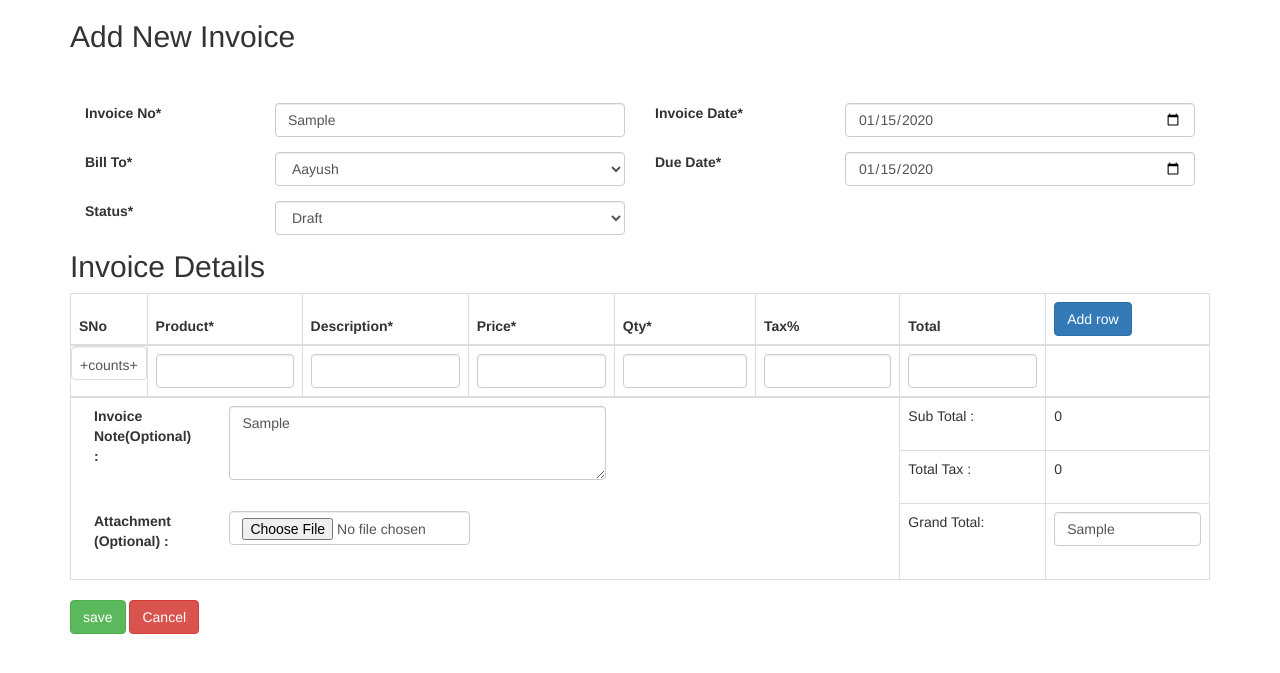
Repository: Aayush13013/Invoice_Management_app
Page: http://localhost/invoiceInfo/WEB-INF/jsp/new_invoiceInfo.jsp
These files come from the project's save history. The page is drawn as it stood at one moment and after a run of saves; the edit follows.
The browser window is 1280 px wide. The pictures show the whole page.
Empty fields were first filled with sample values (such as "Sample", 5 or name@example.com).
After loading, the first visible `input.btn` was clicked once.
The page is served by Tomcat 9. Nobody is signed in. Other server files are loaded and not shown. The template is opened directly, without the code that normally fills it, so the values that code supplies are empty.

Above is the page before, as saved 2021-12-28 06:17:02.

### invoiceInfo/invoiceInfo/src/main/webapp/WEB-INF/jsp/new_invoiceInfo.jsp
<%@ page language="java" contentType="text/html; charset=ISO-8859-1"
	pageEncoding="ISO-8859-1"%>
<%@ taglib prefix="form" uri="http://www.springframework.org/tags/form"%>
<%@ taglib prefix="c" uri="http://java.sun.com/jsp/jstl/core"%>


<!DOCTYPE html>
<html>

<head>
<meta charset="ISO-8859-1">
<title>Add New Invoice</title>

<link rel="stylesheet"
	href="https://maxcdn.bootstrapcdn.com/bootstrap/3.4.1/css/bootstrap.min.css">



</head>

<body>
	<script>
	 function addRows() {
         var table = document.getElementById("myTable");
         var counts = (table.rows.length) - 1;

         var row = table.insertRow(counts).outerHTML = "<tr id='row" + counts + "'> " +

             "<td class='form-control'>+counts+</td> " +
             "<td id='productName" + counts + "'><input type='text'   name='listOfProducts[" + counts + "].productName' class='form-control' ></td> " +
             "<td id='description" + counts + "'><input type='text'  name='listOfProducts[" + counts + "].description' class='form-control' ></td> " +
             "<td id='price" + counts + "' ><input type='text'  name='listOfProducts[" + counts + "].price' class='form-control' ></td> " +
             "<td id='qty" + counts + "' ><input type='text'  name='listOfProducts[" + counts + "].qty' class='form-control' ></td> " +
             "<td id='tax" + counts + "' ><input type='text'  name='listOfProducts[" + counts + "].taxPercent' id='taxval" + counts + "' class='form-control' ></td> " +
             "<td id='total" + counts + "' ><input type='text'  name='listOfProducts[" + counts + "].total' id='totval" + counts + "' class='form-control' ></td> " +

             "<td><i class='fa fa-trash' style='font-size:24px' onclick='delete_row3(" + counts + ")'> </i></td> " +
             "</tr>";
     }
		/* function addRows(id) {
			var table = document.getElementById(id);
			var array = [ "Computer", "Mobile", "PenDrive", "Mouse" ];

			var rowCount = table.rows.length;
			var row = table.insertRow(rowCount);
			var counts = rowCount - 1;

			var cell0 = row.insertCell(0);
			cell0.innerHTML = rowCount + 1;

			var cell1 = row.insertCell(1);
			var element1 = document.createElement("select");
			element1.name = "listOfProducts[" + counts + "].productName";
			for (var i = 0; i < array.length; i++) {
				var option = document.createElement("option");
				option.value = array[i];
				option.text = array[i];
				element1.appendChild(option);
			}
			element1.required = "required";
			cell1.appendChild(element1);

			var cell2 = row.insertCell(2);
			var element2 = document.createElement("textarea");
			element2.type = "text";
			element2.name = "listOfProducts[" + counts + "].description";
			element2.required = "required";
			cell2.appendChild(element2);

			var cell3 = row.insertCell(3);
			var element3 = document.createElement("input");
			element3.type = "number";
			element3.name = "listOfProducts[" + counts + "].price";
			element3.required = "required";
			cell3.appendChild(element3);

			var cell4 = row.insertCell(4);
			var element4 = document.createElement("input");
			element4.type = "number";
			element4.name = "listOfProducts[" + counts + "].qty";
			element4.required = "required";
			cell4.appendChild(element4);

			var cell5 = row.insertCell(5);
			var element5 = document.createElement("input");
			element5.type = "number";
			element5.name = "listOfProducts[" + counts + "].taxPercent";
			element5.required = "required";
			cell5.appendChild(element5);

			var cell6 = row.insertCell(6);
			var element6 = document.createElement("input");
			element6.type = "number";
			element6.name = "listOfProducts[" + counts + "].total";
			element6.required = "required";
			cell6.appendChild(element6);

			var cell7 = row.insertCell(7);
			var element7 = document.createElement("input");
			element7.type = "button";
			element7.value = "Delete Row";
			element7.onclick = deleteRows('myTable');
			cell7.appendChild(element7);

		} */
	</script>
	<div class="container">

		<h2>Add New Invoice</h2>
		<br>



		<form:form action="/saveInvoice" modelAttribute="invoiceInfo"
			method="POST">
			<form:hidden path="id" placeholder="id" class="form-control " />
			<div class="form-row">
				<div class="form-group col-md-2">
					<label>Invoice No*</label>
				</div>
				<div class="form-group col-md-4">
					<form:input type="text" path="invoiceNo" placeholder="invoiceNo"
						required="required" class="form-control" />
				</div>
				<div class="form-group col-md-2">
					<label>Invoice Date*</label>

				</div>
				<div class="form-group col-md-4">
					<form:input type="date" path="invoiceDate"
						placeholder="invoiceDate" class="form-control " />
				</div>
			</div>
			<div class="form-row">
				<div class="form-group col-md-2">
					<label>Bill To*</label>

				</div>
				<div class="form-group col-md-4">
					<form:select path="billTo" class="form-control" required="required">
						<optgroup label="Select_Customer">
							<form:option value="Aayush"></form:option>
							<form:option value="Shridhar"></form:option>
							<form:option value="Suneel"></form:option>
							<form:option value="Lekhana"></form:option>
						</optgroup>
					</form:select>
				</div>
				<div class="form-group col-md-2">
					<label>Due Date*</label>

				</div>

				<div class="form-group col-md-4">
					<form:input type="date" path="dueDate" placeholder="dueDate"
						class="form-control " />
				</div>
			</div>
			<div class="form-row">
				<div class="form-group col-md-2">
					<label>Status*</label>

				</div>
				<div class="form-group col-md-4">
					<form:select path="status" class="form-control">
						<optgroup label="Select_Status">
							<form:option value="Draft"></form:option>
							<form:option value="Sent"></form:option>
							<form:option value="Paid"></form:option>
						</optgroup>
					</form:select>
				</div>
				<div class="form-group col-md-2">
					<label hidden>** :</label>
				</div>
				<div class="form-group col-md-4">
					<input type="text" class="form-control" style="visibility: hidden;">
				</div>
			</div>


			<div class="form-row">
				<h2>Invoice Details</h2>

				<table class="table table-bordered">
					<thead>
						<tr>
							<th>SNo</th>
							<th>Product*</th>
							<th>Description*</th>
							<th>Price*</th>
							<th>Qty*</th>
							<th>Tax%</th>
							<th>Total</th>
							<th><input type="button" value="Add row"
								class="btn btn-primary" onclick="addRows('myTable')" /></th>
						</tr>

					</thead>
					<tbody id="myTable">

					</tbody>
					<tr>
						<td colspan="6" rowspan="2">
							<div class="form-group  col-md-2">
								<label>Invoice Note(Optional) :</label>
							</div>
							<div class="form-group   col-md-6">
								<textarea class="form-control rounded-0" name="invoiceNote"
									id="invoiceNote" rows="3" maxlength="1000"
									placeholder="Invoice Note"></textarea>
							</div>
						</td>
						<td>Sub Total :</td>
						<td><span path="subTotal" name="subTotal" id="subTotal">0</span></td>
					</tr>
					<tr>
						<td>Total Tax :</td>
						<td><span path="totalTax" name="totalTax" id="totalTax">0</span></td>
					</tr>
					<tr>
						<td colspan="6" style="border-top: hidden">
							<div class="form-group  col-md-2">
								<label>Attachment (Optional) :</label>
							</div>
							<div class="form-group col-md-4">
								<input type="file" name="file" path="file"
									placeholder="Attachment" id="file" class="form-control">
							</div>
						</td>
						<td>Grand Total:</td>
						<td><input type="text" path="grandTotal" name="grandTotal"
							id="grandTotal" class="form-control col-4 mb-4" /></td>
					</tr>

				</table>
			</div>

			<input type="submit" value="save" class="btn btn-success" />
			<button type="clear" class="btn btn-danger">Cancel</button>
		</form:form>
	</div>
</body>

</html>

After the next 2 saves:
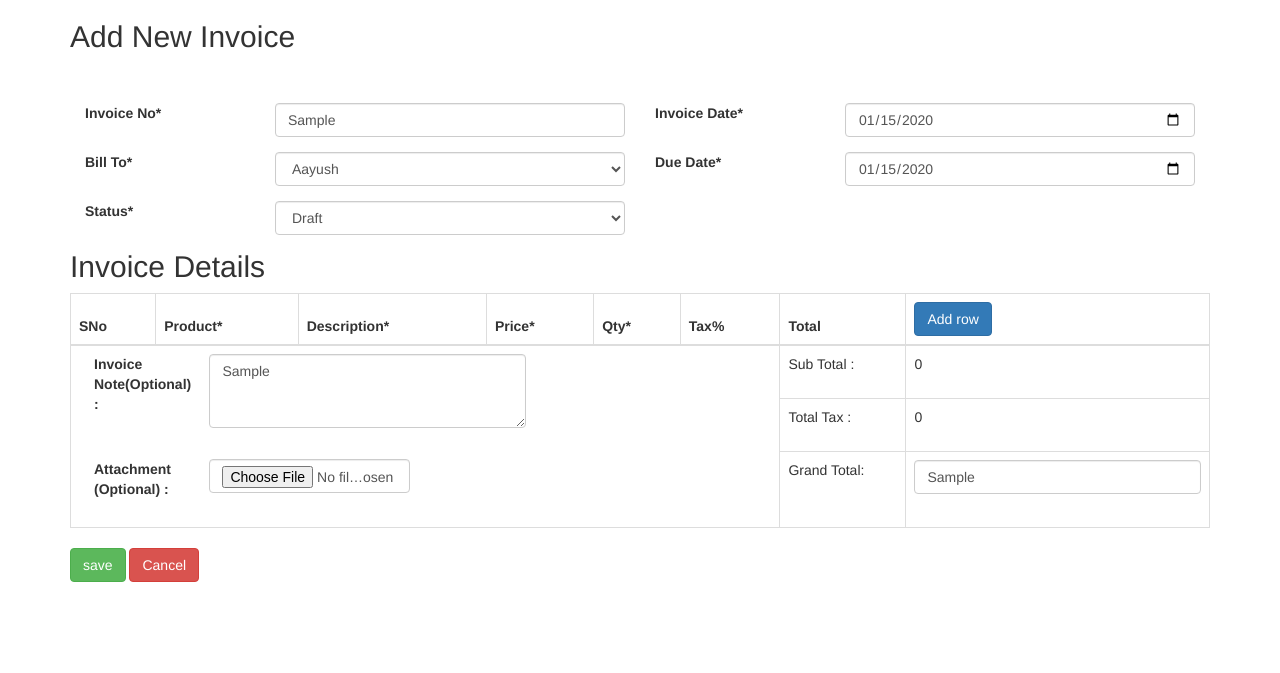
Console error: SyntaxError: Unexpected token '<'
The 2 saves are shown as one change because they came seconds apart.
The last was saved 7 s later.
--- a/invoiceInfo/invoiceInfo/src/main/webapp/WEB-INF/jsp/new_invoiceInfo.jsp
+++ b/invoiceInfo/invoiceInfo/src/main/webapp/WEB-INF/jsp/new_invoiceInfo.jsp
@@ -26,7 +26,7 @@
 
          var row = table.insertRow(counts).outerHTML = "<tr id='row" + counts + "'> " +
 
-             "<td class='form-control'>+counts+</td> " +
+             "<td class='form-control'>"+counts+</td> " +
              "<td id='productName" + counts + "'><input type='text'   name='listOfProducts[" + counts + "].productName' class='form-control' ></td> " +
              "<td id='description" + counts + "'><input type='text'  name='listOfProducts[" + counts + "].description' class='form-control' ></td> " +
              "<td id='price" + counts + "' ><input type='text'  name='listOfProducts[" + counts + "].price' class='form-control' ></td> " +

After the save that followed:
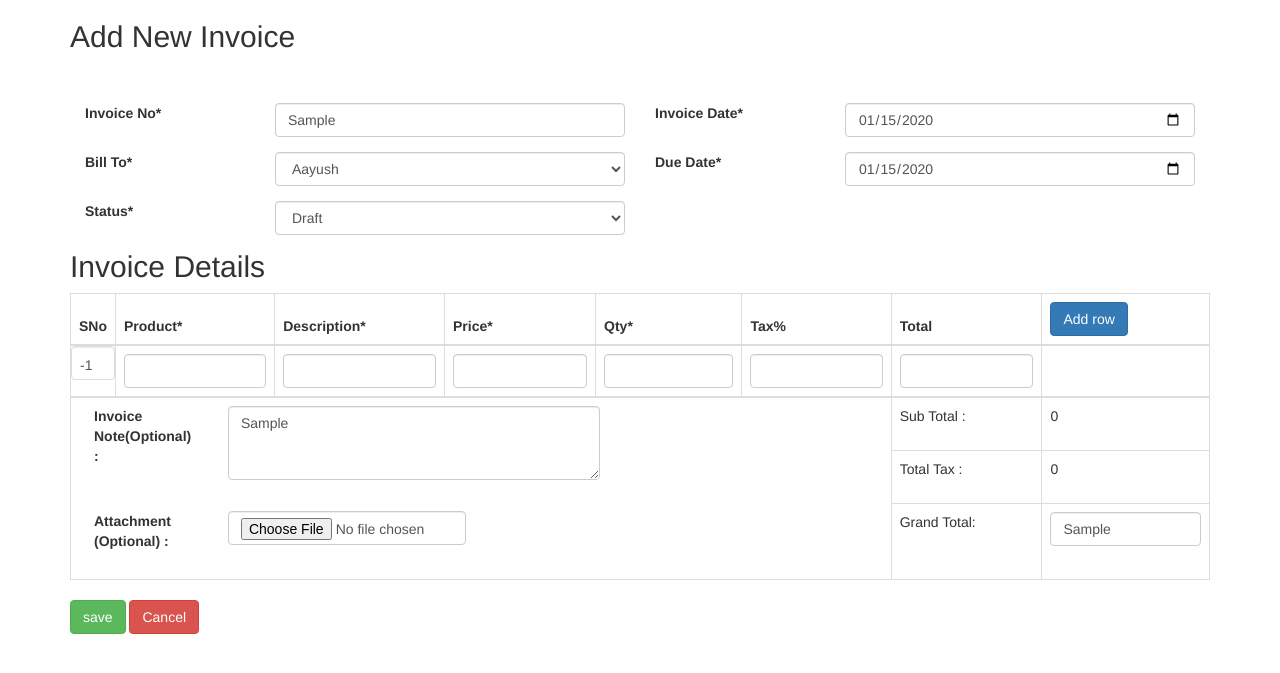
The error is gone.
Saved 4 s later.
--- a/invoiceInfo/invoiceInfo/src/main/webapp/WEB-INF/jsp/new_invoiceInfo.jsp
+++ b/invoiceInfo/invoiceInfo/src/main/webapp/WEB-INF/jsp/new_invoiceInfo.jsp
@@ -26,7 +26,7 @@
 
          var row = table.insertRow(counts).outerHTML = "<tr id='row" + counts + "'> " +
 
-             "<td class='form-control'>"+counts+</td> " +
+             "<td class='form-control'>"+counts+"</td> " +
              "<td id='productName" + counts + "'><input type='text'   name='listOfProducts[" + counts + "].productName' class='form-control' ></td> " +
              "<td id='description" + counts + "'><input type='text'  name='listOfProducts[" + counts + "].description' class='form-control' ></td> " +
              "<td id='price" + counts + "' ><input type='text'  name='listOfProducts[" + counts + "].price' class='form-control' ></td> " +
